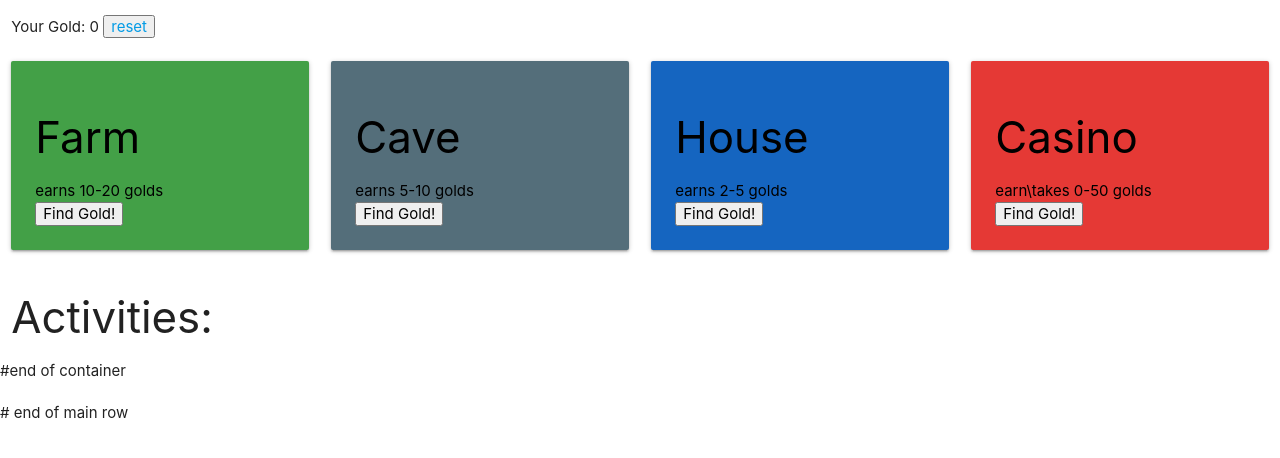
Repository: bvnger/Ninja_gold_flask
Page: http://localhost/
These files come from the project's save history. The page is drawn as it stood at one moment and after the next save; the edit follows.
The browser window is 1280 px wide. The pictures show the whole page.
The page is served by the project's application, run on Flask 3 (server.py).

Above is the page before, as saved 2019-11-04 14:29:33.

After the next save:
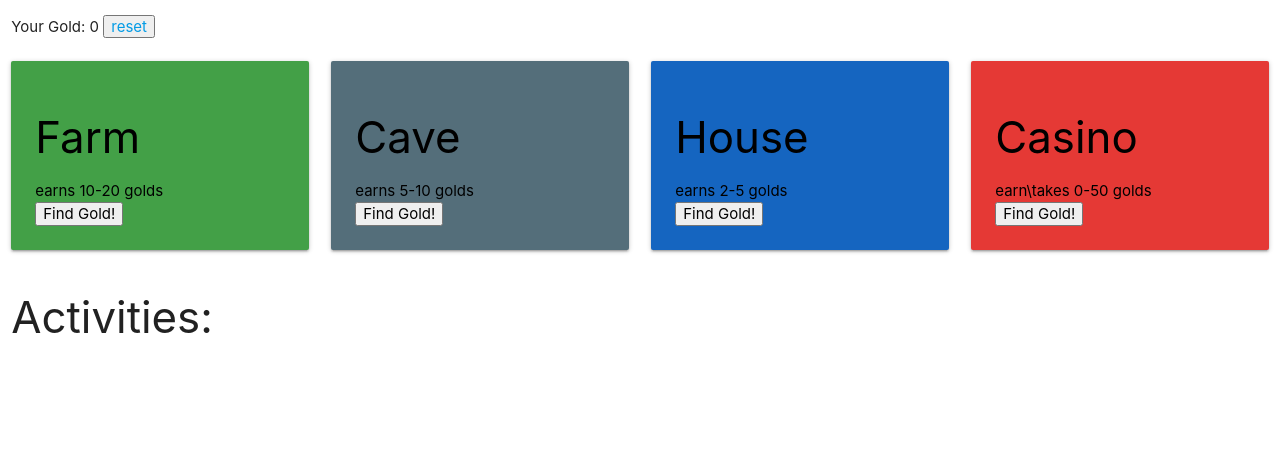
Saved 24 s later.
--- a/templates/index.html
+++ b/templates/index.html
@@ -78,8 +78,8 @@
             </table>
         </div>
     </div>
-</div> #end of container
-</div> # end of main row
+</div> <!--#end of container-->
+</div> <!--# end of main row-->
 
  <!--JavaScript at end of body for optimized loading-->
 <script type="text/javascript" src="https://cdnjs.cloudflare.com/ajax/libs/materialize/1.0.0/js/materialize.js"></script>
